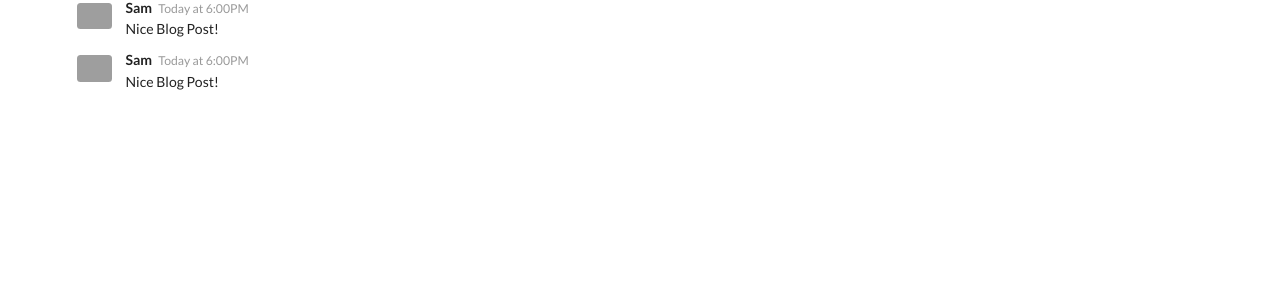
Repository: geedtd/udemyreact
Page: /
These files come from the project's save history. The page is drawn as it stood at one moment and after the next save; the edit follows.
The browser window is 1280 px wide. The pictures show the whole page.
Pictures or frames that could not be fetched are drawn as grey boxes. The project was rebuilt for these pictures with package versions that can differ from the ones it lists, and the page was loaded fresh each time.

Above is the page before, as saved 2020-03-18 01:18:51.

### src/index.js
import React from 'react';
import ReactDOM from 'react-dom';
import faker from 'faker';
import CommentDetail from './CommentDetail';

const App = () => {
    return (
        <div className="ui container comments">
            <CommentDetail />
            <CommentDetail />
        </div>
    );
};


ReactDOM.render(<App />, document.querySelector('#root'));

### src/CommentDetail.js
import React from 'react';
import faker from 'faker';

const CommentDetail = () => {
    return (
        <div className="comment">
                <a href='/' className="avatar">
                    <img alt="avatar" src={faker.image.avatar()}/>
                </a>
                <div className="content">
                    <a href="/" className="author">
                        Sam
                    </a>
                    <div className="metadata">
                        <span className="date">Today at 6:00PM</span>
                    </div>
                    <div className="text">Nice Blog Post!</div>
                </div>
            </div>
    );
}
export default CommentDetail;

Loaded but not shown: public/index.html (common file)

After the next save:
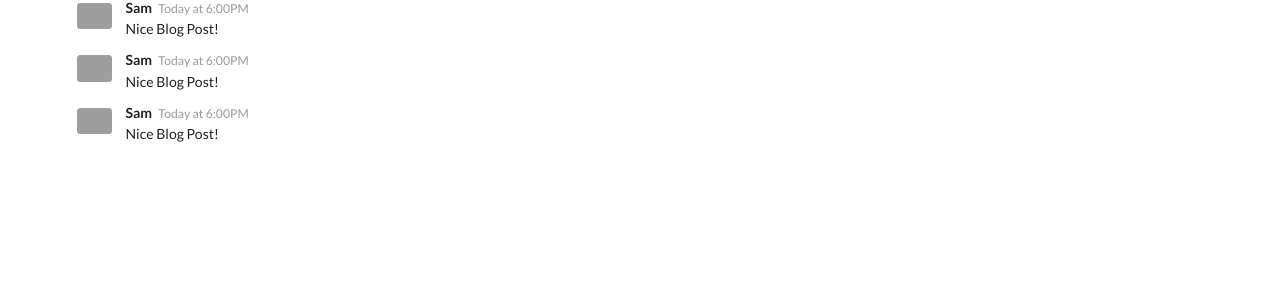
Saved 28 min 48 s later.
--- a/src/index.js
+++ b/src/index.js
@@ -6,8 +6,9 @@ import CommentDetail from './CommentDetail';
 const App = () => {
     return (
         <div className="ui container comments">
-            <CommentDetail />
-            <CommentDetail />
+            <CommentDetail author="Sam" />
+            <CommentDetail author="Alex"/>
+            <CommentDetail author="Jane"/>
         </div>
     );
 };
